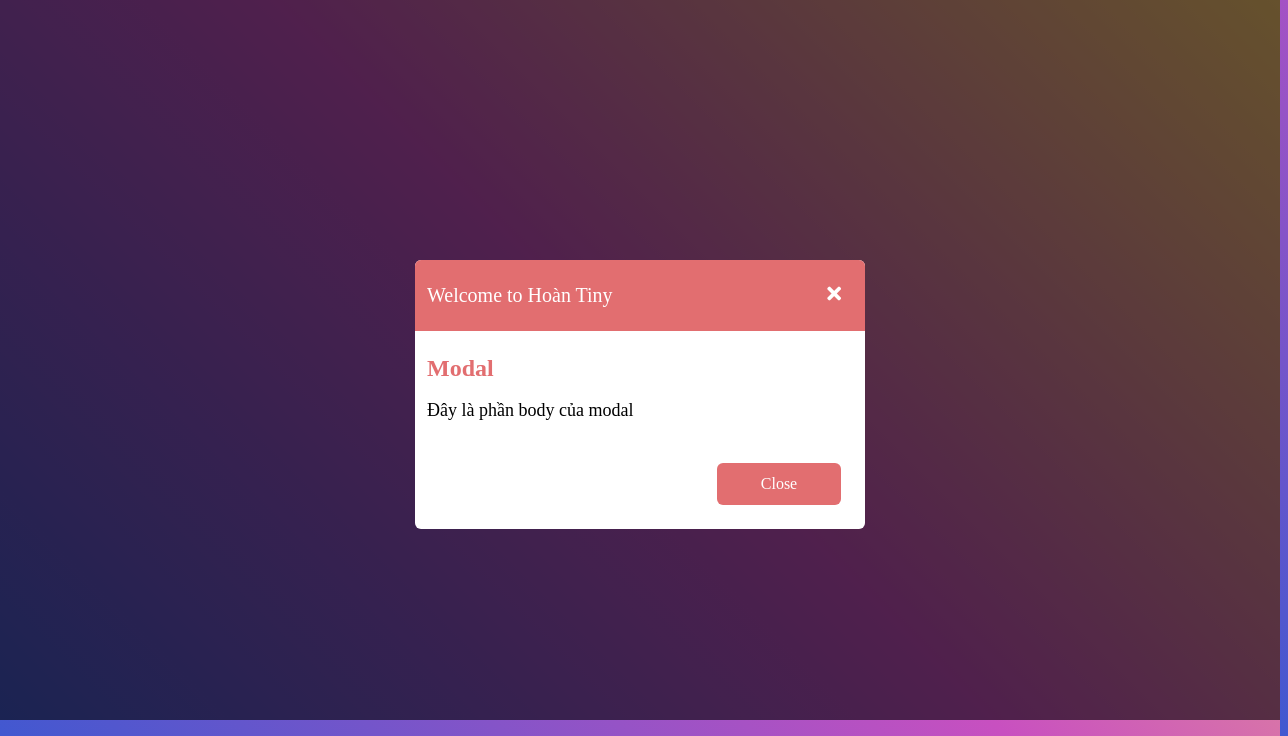
Repository: HoanTiny/30projects-30day
Page: Day 3/index.html
These files come from the project's save history. The page is drawn as it stood at one moment and after the next save; the edit follows.
The browser window is 1280 px wide. The page is 1288 px wide, so the pictures cover 1288 px, including what lies to the right of the window. The pictures show the whole page.
After loading, the first visible `div.btn` was clicked once.
Some web libraries are served in a nearby version.

Above is the page before, as saved 2021-12-01 16:31:11.

After the next save:
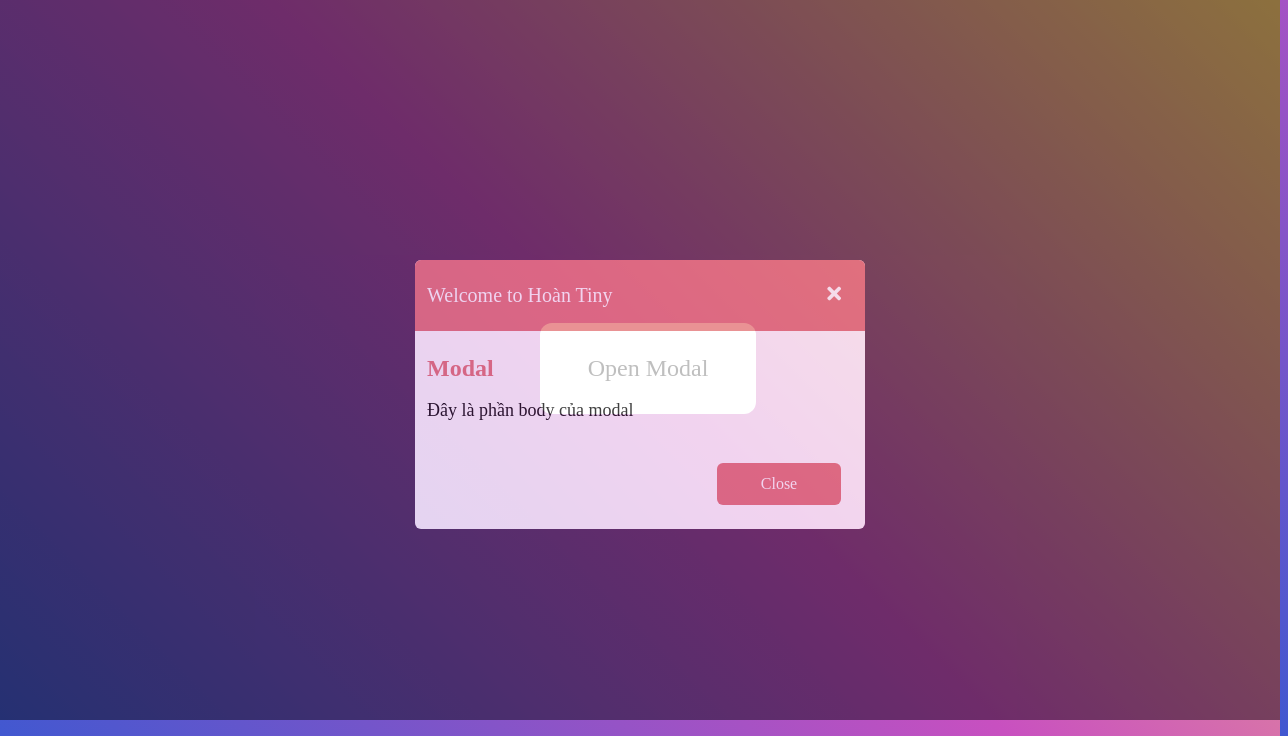
Saved 26 s later.
--- a/Day 3/styles.css
+++ b/Day 3/styles.css
@@ -24,7 +24,6 @@
     height: 100vh;
     background-color: rgba(0, 0, 0, 0.6);
     display: none;
-    transition: 0.4s;
 }
 
 @keyframes identifier {
@@ -38,6 +37,7 @@
 
 .modal.active {
     display: block;
+    animation: identifier 0.4s linear infinite;
 }
 
 .container {

After the save that followed:
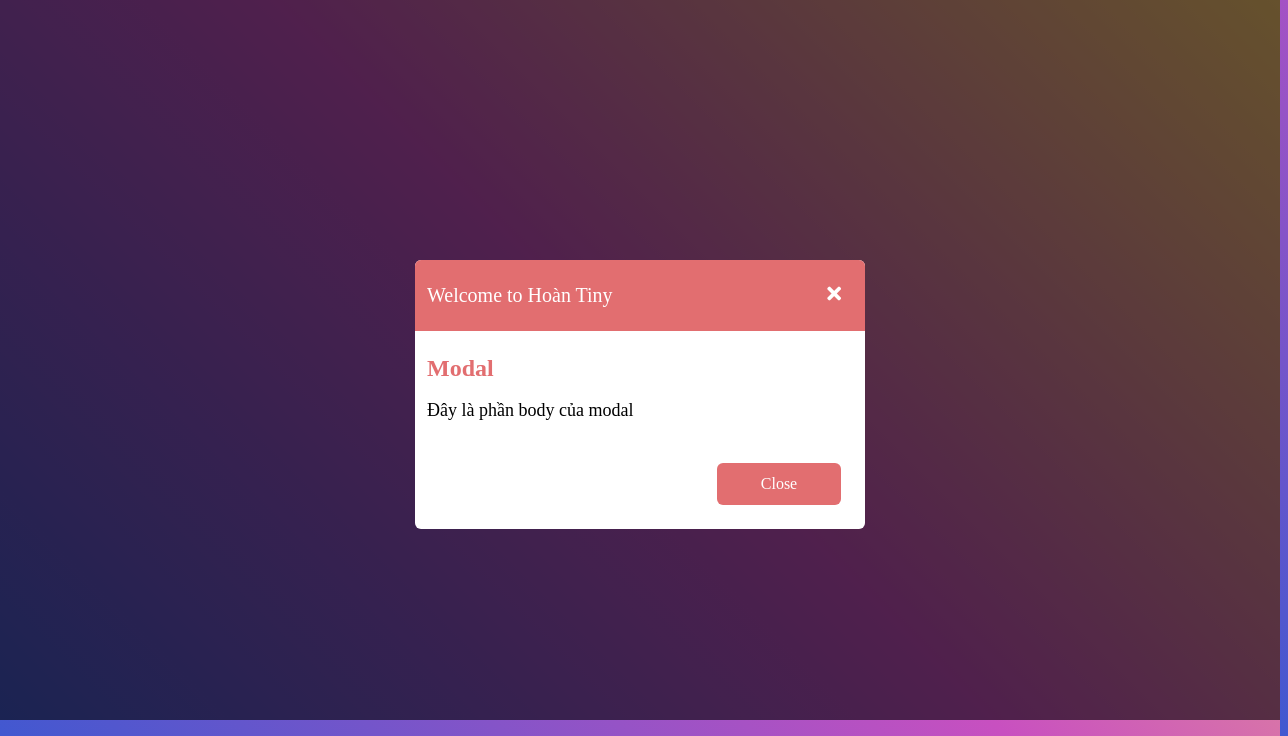
Saved 17 s later.
--- a/Day 3/styles.css
+++ b/Day 3/styles.css
@@ -37,7 +37,7 @@
 
 .modal.active {
     display: block;
-    animation: identifier 0.4s linear infinite;
+    animation: identifier 0.4s ease-in;
 }
 
 .container {
